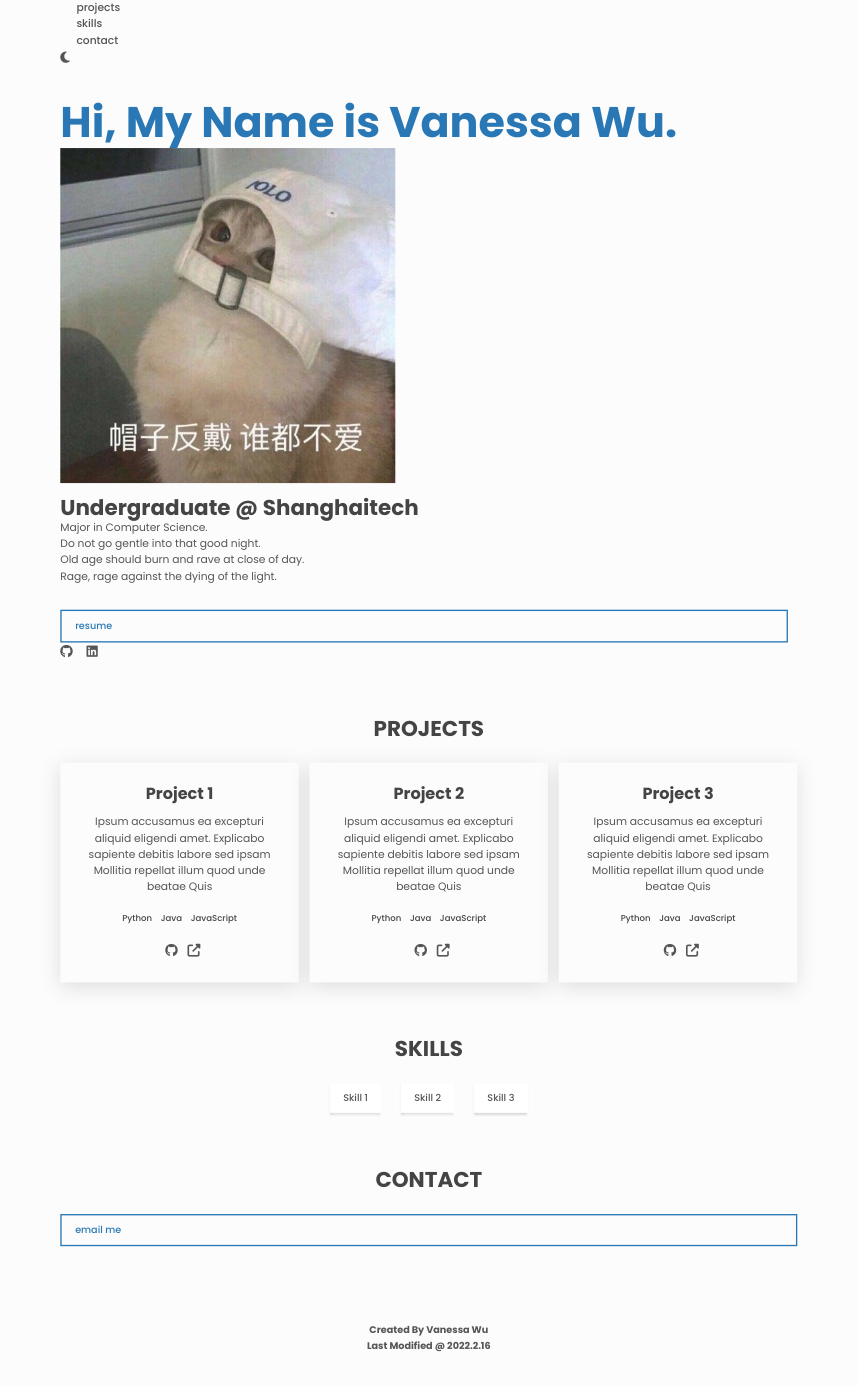
Repository: indiansummer1022/Cubstart
Page: Web Track/hw1/index.html
An editor plug-in stored every save of this project. The page is shown before and after the next save, followed by the edit.
The browser window is 1280 px wide. The pictures show the whole page, at 67% of full size.
Some web libraries are served in a nearby version.

Above is the page before, as saved 2022-02-16 00:39:28.

### Web Track/hw1/index.html
<!DOCTYPE html>
<html lang="en">

<head>
  <meta charset="UTF-8" />
  <meta name="viewport" content="width=device-width, initial-scale=1" />
  <meta name="description" content="Portfolio" />
  <link rel="preconnect" href="https://fonts.googleapis.com" />
  <link rel="preconnect" href="https://fonts.gstatic.com" crossorigin />
  <link href="https://fonts.googleapis.com/css2?family=Poppins:wght@400;500;700&display=swap" rel="stylesheet" />
  <script src="https://kit.fontawesome.com/fa62c117c7.js" crossorigin="anonymous"></script>
  <!-- BEGIN PART 1 -->
  <link rel="stylesheet" href ="styles.css">
  <title>Vanessa Wu</title>
  <!-- END PART 1 -->
</head>

<body class="light" id="top">
  <header class="header center">
    <!-- BEGIN PART 2 -->
    <h3>
        <a href="/"></a>
    </h3>
    <!-- END PART 2 -->
    <nav class="nav center">
      <ul class="nav__list center">
        <li class="nav__list-item">
          <a class="link link--nav" href="#projects">Projects</a>
        </li>
        <li class="nav__list-item">
          <a class="link link--nav" href="#skills">Skills</a>
        </li>
        <li class="nav__list-item">
          <a class="link link--nav" href="#contact">Contact</a>
        </li>
      </ul>

      <!-- BEGIN PART 5 -->

      <button type="button" aria-label="toggle theme" class="btn btn--icon">
        <i id="btn-theme" class="fas fa-moon"></i>
      </button>

      <!--
        5.1: What does this button tag correspond to on the site?

        Corresponds to the moon icon on top left of the page which to change the light/ dark theme of the website.

      -->

      <button type="button" aria-label="toggle navigation" class="btn btn--icon nav__hamburger">
        <i class="fas fa-bars"></i>
      </button>

      <!--
        5.2: Try Ctrl-F in styles.css and look the class 'nav__hamburger'. You'll notice that it
        appears in 2 places. Why is one of the rules 'display: none' on one instance? How do you
        make it so that this button appears on screen?
        Hint: remember what @media (max-width: 600px) means.

        1. @media (max-width: 600px) is for mobile so hamburger is set to appear on the screen if it is the mobile version.
        The element is hidden if it is the desktop version. [referring: @hannahmcg]
        2. Change 'display: none' to flex so this button will appear.

      -->

      <!-- END PART 5 -->
    </nav>
  </header>

  <main>
    <div class="about center">
      <!-- BEGIN PART 6 -->
      <h1 class="about__name">
        Hi, My Name is Vanessa Wu.
        <img class="about__photo" src="photo.jpg" alt="photo">
      </h1>
      <h2 class="about_role">
        Undergraduate @ Shanghaitech
      </h2>
      <p class="about-desc">
        Major in Computer Science. <br>
        Do not go gentle into that good night. <br>
        Old age should burn and rave at close of day. <br>
        Rage, rage against the dying of the light. <br>
      </p>
      <!-- END PART 6 -->
      <div class="about__contact center">
        <a href="https://example.com">
          <span class="btn btn--outline">Resume</span>
        </a>

        <a href="https://github.com/" aria-label="github" class="link link--icon">
          <i aria-hidden="true" class="fab fa-github"></i>
        </a>

        <a href="https://linkedin.com/in/" aria-label="linkedin" class="link link--icon">
          <i aria-hidden="true" class="fab fa-linkedin"></i>
        </a>
      </div>
    </div>
    <section id="projects" class="section projects">
      <h2 class="section__title">Projects</h2>
      <div class="projects__grid">
        <!-- BEGIN PART 8 -->
        <div class="project">
          <h3>Project 1</h3>
          <p class="project__description">
            Ipsum accusamus ea excepturi aliquid eligendi amet. Explicabo
            sapiente debitis labore sed ipsam Mollitia repellat illum quod
            unde beatae Quis
          </p>
          <ul class="project__stack">
            <li class="project__stack-item">Python</li>
            <li class="project__stack-item">Java</li>
            <li class="project__stack-item">JavaScript</li>
          </ul>

          <a href="https://github.com" aria-label="source code" class="link link--icon">
            <i aria-hidden="true" class="fab fa-github"></i>
          </a>
          <a href="https://example.com" aria-label="live preview" class="link link--icon">
            <i aria-hidden="true" class="fas fa-external-link-alt"></i>
          </a>
        </div>
        <!-- multiple projects -->
        <div class="project">
          <h3>Project 2</h3>
          <p class="project__description">
            Ipsum accusamus ea excepturi aliquid eligendi amet. Explicabo
            sapiente debitis labore sed ipsam Mollitia repellat illum quod
            unde beatae Quis
          </p>
          <ul class="project__stack">
            <li class="project__stack-item">Python</li>
            <li class="project__stack-item">Java</li>
            <li class="project__stack-item">JavaScript</li>
          </ul>

          <a href="https://github.com" aria-label="source code" class="link link--icon">
            <i aria-hidden="true" class="fab fa-github"></i>
          </a>
          <a href="https://example.com" aria-label="live preview" class="link link--icon">
            <i aria-hidden="true" class="fas fa-external-link-alt"></i>
          </a>
        </div>
        <!-- multiple projects -->
        <div class="project">
          <h3>Project 3</h3>
          <p class="project__description">
            Ipsum accusamus ea excepturi aliquid eligendi amet. Explicabo
            sapiente debitis labore sed ipsam Mollitia repellat illum quod
            unde beatae Quis
          </p>
          <ul class="project__stack">
            <li class="project__stack-item">Python</li>
            <li class="project__stack-item">Java</li>
            <li class="project__stack-item">JavaScript</li>
          </ul>

          <a href="https://github.com" aria-label="source code" class="link link--icon">
            <i aria-hidden="true" class="fab fa-github"></i>
          </a>
          <a href="https://example.com" aria-label="live preview" class="link link--icon">
            <i aria-hidden="true" class="fas fa-external-link-alt"></i>
          </a>
        </div>
        <!-- END PART 8 -->
      </div>
    </section>


    <section class="section skills" id="skills">
      <!-- BEGIN PART 10 -->
      <h2 class="section__title">Skills</h2>
      <ul class="skills__list">
        <li class="skills__list-item btn btn--plain">Skill 1</li>
        <li class="skills__list-item btn btn--plain">Skill 2</li>
        <li class="skills__list-item btn btn--plain">Skill 3</li>
      </ul>
      <!-- END PART 10 -->
    </section>
    <section class="section contact center" id="contact">
      <h2 class="section__title">Contact</h2>
      <a href="mailto:youremail@gmail.com">
        <span class="btn btn--outline">Email me</span>
      </a>
    </section>
  </main>

  <footer class="footer">
    <!-- BEGIN PART 12 -->
    <a href="/" class="link footer__link">
      Created By Vanessa Wu<br>
      Last Modified @ 2022.2.16
    </a>
    <!-- END PART 12 -->
  </footer>


  <div class="scroll-container">
    <div class="scroll-top">
      <a aria-label="Scroll up" href="#top">
        <i aria-hidden="true" class="fas fa-arrow-up"></i>
      </a>
    </div>
  </div>
  <script src="./script.js"></script>
</body>

</html>

### Web Track/hw1/styles.css
/*===============
  global styles
===============*/

* {
  padding: 0;
  margin: 0;
  border: 0;
  outline: 0;
  background-color: inherit;
  color: inherit;
  font-family: inherit;
  font-size: inherit;
  box-shadow: none;
  box-sizing: border-box;
}

html {
  scroll-behavior: smooth;
}

body {
  font-family: "Poppins", sans-serif;
  line-height: 1.5;
  color: var(--clr-fg);
  background-color: var(--clr-bg);
}

.light {
  --clr-bg: #fcfcfc;
  --clr-bg-alt: #fff;
  --clr-fg: #555;
  --clr-fg-alt: #444;
  --clr-primary: #2978b5;
  --shadow: rgba(100, 100, 111, 0.2) 0px 7px 29px 0px;
}

.dark {
  --clr-bg: #23283e;
  --clr-bg-alt: #2a2f4c;
  --clr-fg: #bdbddd;
  --clr-fg-alt: #cdcdff;
  --clr-primary: #90a0d9;
  --shadow: rgba(0, 0, 0, 0.16) 0px 10px 36px 0px,
    rgba(0, 0, 0, 0.06) 0px 0px 0px 1px;
}

::-moz-selection {
  background: var(--clr-primary);
  color: var(--clr-bg);
}

::-webkit-selection,
::selection {
  background: var(--clr-primary);
  color: var(--clr-bg);
}

h1,
h2,
h3,
h4 {
  line-height: 1.2;
  color: var(--clr-fg-alt);
}

h1 {
  font-size: 4rem;
}

h2 {
  font-size: 2rem;
}

h3 {
  font-size: 1.5rem;
}

h4 {
  font-size: 1.3rem;
}

ul {
  list-style-type: none;
}

a {
  text-decoration: none;
}

button {
  cursor: pointer;
}

@media (max-width: 900px) {
  h1 {
    font-size: 2.6rem;
  }
}

/*===================
  buttons and links
===================*/

.link {
  color: var(--clr-primary);
  padding: 0 0 0.3em 0;
  position: relative;
}

.link:hover {
  color: var(--clr-primary);
}

/* BEGIN PART 4 */

.link::before {
  content: "";
  display: inline;
  width: 0%;
  height: 0.2em;
  position: absolute;
  bottom: 0;
  background-color: var(--clr-primary);
  /* transition: */
}

.link:hover::before,
.link:focus::before {
  width: 100%;
  transition: property width, duration 5s, timing-function ease-in;
}

/* END PART 4 */

.link--nav {
  color: var(--clr-fg);
  text-transform: lowercase;
  font-weight: 500;
}

.link--icon {
  color: var(--clr-fg);
  font-size: 1.2rem;
}

.btn {
  display: block;
  padding: 0.8em 1.4em;
  font-weight: 500;
  font-size: 0.9rem;
  text-transform: lowercase;
  transition: transform 0.2s ease-in-out;
}

.btn--outline {
  color: var(--clr-primary);
  border: 2px solid var(--clr-primary);
  position: relative;
  overflow: hidden;
  z-index: 1;
}

.btn--outline:focus,
.btn--outline:hover {
  color: var(--clr-bg);
}

.btn--outline:before {
  content: "";
  position: absolute;
  background-color: var(--clr-primary);
  right: 100%;
  bottom: 0;
  left: 0;
  top: 0;
  z-index: -1;
  transition: right 0.2s ease-in-out;
}

.btn--outline:hover::before,
.btn--outline:focus::before {
  right: 0;
}

.btn--plain {
  text-transform: initial;
  background-color: var(--clr-bg-alt);
  box-shadow: rgba(0, 0, 0, 0.15) 0px 3px 3px 0px;
  border: 0;
}

.btn--plain:hover {
  transform: translateY(-4px);
}

.btn--icon {
  padding: 0;
  font-size: 1.2rem;
}

.btn--icon:hover,
.btn--icon:focus {
  color: var(--clr-primary);
}

.btn--icon:active {
  transform: translateY(-5px);
}

/*========
  layout
========*/

/* BEGIN PART 3 */

.center {
  justify-content: center;
  flex-direction: column;
}

.header {
  height: 8em;
  max-width: 1100px;
  width: 95%;
  margin: 0 auto;
  /* justify-content: */
  justify-content: space-around;
}

/* END PART 3 */

main {
  max-width: 1100px;
  width: 95%;
  margin: 0 auto;
}

.section {
  margin-top: 5em;
}

.section__title {
  text-align: center;
  margin-bottom: 1em;
  text-transform: uppercase;
}

.nav__list {
  margin-right: 1.5em;
  display: flex;
}

.nav__list-item {
  margin-left: 1.5em;
}

.nav__hamburger {
  display: none;
  width: 1em;
}

/* BEGIN PART 7 */

.about {
  flex-direction: column;
  margin-top: 1em;
}

/* END PART 7 */

.about__name {
  color: var(--clr-primary);
}

.about__role {
  margin-top: 1.2em;
}

.about_photo {
  width: 150px;
  float:left;
}

.about__desc {
  font-size: 1rem;
  max-width: 600px;
}

.about__desc,
.about__contact {
  margin-top: 2.4em;
}

.about .link--icon {
  margin-right: 0.8em;
}

.about .btn--outline {
  margin-right: 1em;
}

/* BEGIN PART 9 */

.projects__grid {
  max-width: 1100px;
  margin: 0 auto;
  /* display: */
  display: grid;
  /* grid-template-columns: */
  grid-template-columns: repeat(auto-fit, calc(100% / 3 - 1em * 2 / 3));
  /* grid-gap: */
  grid-gap: 1em;
}

/* END PART 9 */

.project {
  padding: 2em;
  margin: 0 auto;
  text-align: center;
  box-shadow: var(--shadow);
  transition: transform 0.2s linear;
}

.project:hover {
  transform: translateY(-7px);
}

.project__description {
  margin-top: 1em;
}

.project__stack {
  display: flex;
  flex-wrap: wrap;
  justify-content: center;
  margin: 1.2em 0;
}

.project__stack-item {
  margin: 0.5em;
  font-weight: 500;
  font-size: 0.8rem;
  color: var(--clr-fg-alt);
}

.project .link--icon {
  margin-left: 0.5em;
}

/* BEGIN PART 11 */

.skills__list {
  max-width: 450px;
  width: 95%;
  margin: 0 auto;
  /* display: */
  display: flex;
  /* flex-wrap: */
  flex-wrap: wrap;
  /* justify-content: */
  justify-content: center;
}

.skills__list-item {
  margin-left: 1em;
  margin-right: 1em;
}

/* END PART 11 */

.contact {
  flex-direction: column;
}

.footer {
  padding: 3em 0;
  margin-top: 4em;
  text-align: center;
}

.footer__link {
  font-size: 0.9rem;
  font-weight: 700;
  color: var(--clr-fg);
}

.scroll-top {
  display: none;
  position: fixed;
  bottom: 1em;
  right: 2em;
  background-color: transparent;
  font-size: 1.8rem;
  transition: transform 0.2s ease-in-out;
}

@media (max-width: 600px) {
  .header {
    height: 6em;
  }

  .section {
    margin-top: 4em;
  }

  .nav__list {
    flex-direction: column;
    padding: 4em 0;
    position: absolute;
    right: 0;
    left: 0;
    top: 5em;
    background-color: var(--clr-bg);
    width: 0;
    overflow: hidden;
    transition: width 0.2s ease-in-out;
  }

  .display-nav-list {
    width: 100%;
  }

  .nav__list-item {
    margin: 0.5em 0;
  }

  .nav__hamburger {
    display: flex;
    margin-left: 0.8em;
  }

  .about {
    align-items: flex-start;
    margin-top: 2em;
  }

  .footer {
    padding: 2em;
    margin-top: 3em;
  }

  .scroll-container {
    display: none;
  }
}

### Web Track/hw1/script.js
const body = document.body

const btnTheme = document.querySelector('.fa-moon')
const btnHamburger = document.querySelector('.fa-bars')

const addThemeClass = (bodyClass, btnClass) => {
  body.classList.add(bodyClass)
  btnTheme.classList.add(btnClass)
}

const getBodyTheme = localStorage.getItem('portfolio-theme')
const getBtnTheme = localStorage.getItem('portfolio-btn-theme')

addThemeClass(getBodyTheme, getBtnTheme)

const isDark = () => body.classList.contains('dark')

const setTheme = (bodyClass, btnClass) => {

	body.classList.remove(localStorage.getItem('portfolio-theme'))
	btnTheme.classList.remove(localStorage.getItem('portfolio-btn-theme'))

  addThemeClass(bodyClass, btnClass)

	localStorage.setItem('portfolio-theme', bodyClass)
	localStorage.setItem('portfolio-btn-theme', btnClass)
}

const toggleTheme = () =>
	isDark() ? setTheme('light', 'fa-moon') : setTheme('dark', 'fa-sun')

btnTheme.addEventListener('click', toggleTheme)

const displayList = () => {
	const navUl = document.querySelector('.nav__list')

	if (btnHamburger.classList.contains('fa-bars')) {
		btnHamburger.classList.remove('fa-bars')
		btnHamburger.classList.add('fa-times')
		navUl.classList.add('display-nav-list')
	} else {
		btnHamburger.classList.remove('fa-times')
		btnHamburger.classList.add('fa-bars')
		navUl.classList.remove('display-nav-list')
	}
}

btnHamburger.addEventListener('click', displayList)

const scrollUp = () => {
	const btnScrollTop = document.querySelector('.scroll-top')

	if (
		body.scrollTop > 500 ||
		document.documentElement.scrollTop > 500
	) {
		btnScrollTop.style.display = 'block'
	} else {
		btnScrollTop.style.display = 'none'
	}
}

document.addEventListener('scroll', scrollUp)

After the next save:
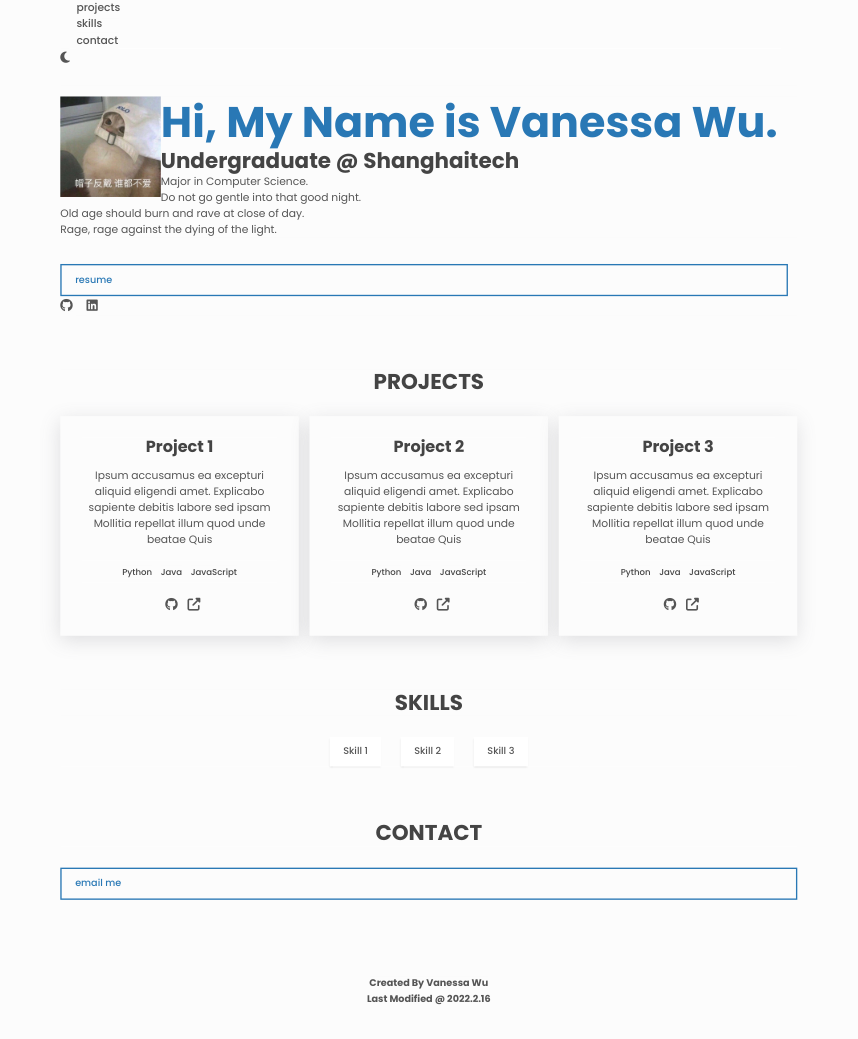
Saved 22 s later.
--- a/Web Track/hw1/styles.css
+++ b/Web Track/hw1/styles.css
@@ -277,7 +277,7 @@ main {
   margin-top: 1.2em;
 }
 
-.about_photo {
+.about__photo{
   width: 150px;
   float:left;
 }
